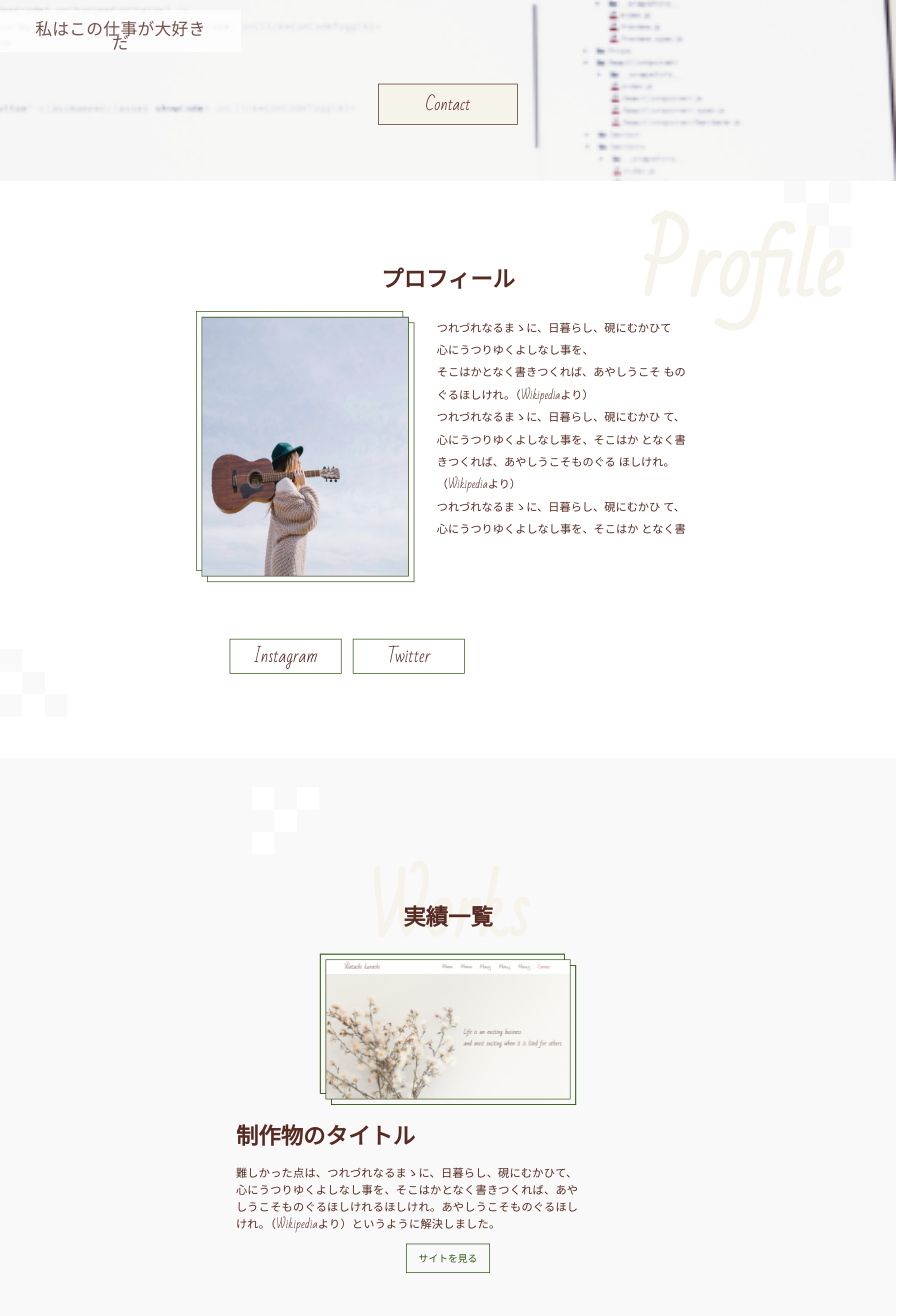
Repository: ppmp556/igarashi.kakuu
Page: index.html
An editor plug-in stored every save of this project. The page is shown before and after the next save, followed by the edit.
The browser window is 1280 px wide. The page is 1286 px wide, so the pictures cover 1286 px, including what lies to the right of the window. The pictures show the part of the page from y = 542 to 2422 px (the page is 5510 px tall before and 5444 px after), at 70% of full size.
Some web libraries are served in a nearby version. The style sheet was rebuilt from its Sass, Less or Tailwind sources for each picture, by a compiler version that may differ from the author's.

Above is the page before, as saved 2020-11-05 10:42:07.

### index.html
<!DOCTYPE html>
<html lang="ja">
    <head>
        <meta charset="UTF-8">
        <meta name="viewport" content="width=device-width, initial-scale=1.0, maximum-scale=1.0, minimum-scale=1.0">
        <link rel="stylesheet" href="faundation.css" type="text/css">
        <link rel="stylesheet" href="css/style.css" type="text/css">
        <link href="https://use.fontawesome.com/releases/v5.6.1/css/all.css" rel="stylesheet">
        <link href="https://fonts.googleapis.com/css?family=Bad+Script" rel="stylesheet">
        <link href="https://fonts.googleapis.com/css?family=Sawarabi+Gothic" rel="stylesheet">
        <link rel="img" href="image">
        <title>架空LP</title>

    </head>
    <body>

    <div class="container">
        <header class="header">
            <h1 class="header_ttl">
                <a href="index.html" class="header_link">My Portfolio</a><!-- /.header_link -->
            </h1><!-- /.header_ttl -->
            <nav class="nav">
                <div class="nav_wrapper" id="nav_lists">
                    <!-- ハンバーガーメニュー部分 -->
                    <div class="toggle_btn" id="nav_toggler">
                        <span class="toggle_line __tg1"></span>
                        <span class="toggle_line __tg2"></span>
                        <span class="toggle_line __tg3"></span>
                    </div>
                    <!-- ハンバーガーメニューここまで -->
                </div>
                <ul class="nav_list flex">
                    <li class="nav_item">
                        <a href="#" class="nav_link">Profile<span class="nav_sp">プロフィール</a><!-- /.nav_link -->
                    </li><!-- /.nav_item -->
                    <li class="nav_item">
                        <a href="#" class="nav_link">Works<span class="nav_sp">実績一覧</a><!-- /.nav_link -->
                    </li><!-- /.nav_item -->
                    <li class="nav_item">
                        <a href="#" class="nav_link">Skill<span class="nav_sp">スキル</a><!-- /.nav_link -->
                    </li><!-- /.nav_item -->
                    <li class="nav_item">
                        <a href="#" class="nav_link">Contact<span class="nav_sp">お問い合わせ</a><!-- /.nav_link -->
                    </li><!-- /.nav_item -->
                </ul><!-- /.nav_list -->
            </nav><!-- /.nav -->
        </header><!-- /.header -->

        <div class="kv">
            <div class="kv_txtbox">
                <p class="kv_txt">I love this job from the bottom of my heart.</p><!-- /.kv_txt -->
                <p class="kv_txt __subtxt">私はこの仕事が大好きだ</p><!-- /.kv_txt -->
            </div><!-- /.kv_txtbox -->
            <div class="contact_box">
                <a href="#" class="contact_link">Contact</a><!-- /.contact_link -->
            </div><!-- /.contact_box -->
        </div><!-- /.kv -->
        <main>
            <div class="inner">

                <section class="prof" id="prof">
                    <div class="section_ttlbox">
                        <h2 class="prof_ttl">プロフィール</h2><!-- /.prof_ttl -->
                        <!-- <span class="prof_sub">Profile</span> -->
                    </div><!-- /.section_ttlbox -->
                    <div class="prof_inner">
                            <div class="prof_imgbox">
                                <img src="images/profile/profile.png" alt="#" class="prof_img">
                            </div><!-- /.prof_imgbox -->
                            <p class="prof_txt">
                                つれづれなるまゝに、日暮らし、硯にむかひて<br>
                                心にうつりゆくよしなし事を、<br>
                                そこはかとなく書きつくれば、あやしうこそ
                                ものぐるほしけれ。（Wikipediaより）<br>
                                つれづれなるまゝに、日暮らし、硯にむかひ
                                て、心にうつりゆくよしなし事を、そこはか
                                となく書きつくれば、あやしうこそものぐる
                                ほしけれ。（Wikipediaより）<br>
                                つれづれなるまゝに、日暮らし、硯にむかひ
                                て、心にうつりゆくよしなし事を、そこはか
                                となく書
                            </p><!-- /.prof_txt -->
                        </div><!-- /.prof_inner -->
                            <div class="section_btnbox">
                                <div class="flex">
                                    <div class="site_btn">
                                        <a href="#" class="site_link">Instagram</a>
                                    </div><!-- /.site_btn -->
                                    <div class="site_btn">
                                        <a href="#" class="site_link">Twitter</a>
                                    </div><!-- /.site_btn -->
                                </div><!-- /.flex -->
                            </div><!-- /.section_btnbox -->
                </section><!-- /#prof.prof -->

                <section class="work" id="work">
                    <div class="work_inner">

                        <div class="section_ttlbox">
                            <h2 class="work_ttl">実績一覧</h2><!-- /.work_ttl -->
                            <!-- <span class="work_sub">Works</span> -->
                        </div><!-- /.section_ttlbox -->
                        <div class="work_imgbox">
                            <ul class="work_list">
                                <li class="work_item">
                                    <div class="work_imgbox">
                                        <img src="images/work1/work1.png" alt="" class="work_img">
                                    </div><!-- /.work_imgbox -->
                                    <div class="work_txtbox">
                                        <h3 class="work_minttl ">制作物のタイトル</h3><!-- /.work_minttl -->
                                        <p class="work_txt">
                                            難しかった点は、つれづれなるまゝに、日暮らし、硯にむかひて、心にうつりゆくよしなし事を、そこはかとなく書きつくれば、あやしうこそものぐるほしけれるほしけれ。あやしうこそものぐるほしけれ。（Wikipediaより）というように解決しました。
                                        </p><!-- /.work_txt -->
                                    </div><!-- /.work_txtbox -->
                                    <div class="site_btn">
                                        <a href="#" class="site_link">サイトを見る</a>
                                    </div><!-- /.site_btn -->
                                </li><!-- /.work_item -->
                                <li class="work_item">
                                    <div class="work_imgbox">
                                        <img src="images/work2/work2.png" alt="" class="work_img">
                                    </div><!-- /.work_imgbox -->
                                    <div class="work_txtbox">
                                        <h3 class="work_minttl">制作物のタイトル制作物のタイトルタイトル</h3><!-- /.work_minttl -->
                                        <p class="work_txt">
                                            難しかった点は、つれづれなるまゝに、日暮らし、硯にむかひて、心にうつりゆくよしなし事を、そこはかとなく書きつくれば、あやしうこそものぐるほしけれるほしけれ。あやしうこそものぐるほしけれ。（Wikipediaより）というように解決しました。
                                        </p><!-- /.work_txt -->
                                    </div><!-- /.work_txtbox -->
                                    <div class="site_btn">
                                        <a href="#" class="site_link">サイトを見る</a>
                                    </div><!-- /.site_btn -->
                                </li><!-- /.work_item -->
                                <li class="work_item">
                                    <div class="work_imgbox">
                                        <img src="images/work3/work3.png" alt="" class="work_img">
                                    </div><!-- /.work_imgbox -->
                                    <div class="work_txtbox">
                                        <h3 class="work_minttl">制作物のタイトル</h3><!-- /.work_minttl -->
                                        <p class="work_txt">
                                            難しかった点は、つれづれなるまゝに、日暮らし、硯にむかひて、心にうつりゆくよしなし事を、そこはかとなく書きつくれば、あやしうこそものぐるほしけれるほしけれ。あやしうこそものぐるほしけれ。（Wikipediaより）というように解決しました。
                                        </p><!-- /.work_txt -->
                                    </div><!-- /.work_txtbox -->
                                    <div class="site_btn">
                                        <a href="#" class="site_link">サイトを見る</a>
                                    </div><!-- /.site_btn -->
                                </li><!-- /.work_item -->
                            </ul><!-- /.work_list -->
                        </div><!-- /.work_imgbox -->
                    </div><!-- /.work_inner -->
                </section><!-- /#work.work -->

                <section class="skill" id="skill">
                    <div class="section_ttlbox">
                        <h2 class="skill_ttl">スキル</h2><!-- /.skill_ttl -->
                        <!-- <span class="skill_sub">Skill</span> -->
                    </div><!-- /.section_ttlbox -->
                    <div class="skill_inner">
                        <div class="skill_txtbox">
                            <p class="skill_txt">
                                つれづれなるまゝに、日暮らし、硯にむかひて、<br>
                                心にうつりゆくよしなし事を、そこはかとなく書きつくれば、あや<br>
                                しうこそものぐるほしけれ。（Wikipediaより）<br>
                                つれづれなるまゝに、日暮らし、硯にむかひて、心にうつりゆくよ<br>
                                しなし事を、そこはかとなく書きつくれば、あやしうこそものぐる<br>
                                ほしけれ。（Wikipediaより）
                            </p><!-- /.skill_txt -->
                        </div><!-- /.skill_txtbox -->
                        <div class="skill_listbox flex">
                            <div class="skill_imgbox">
                                <img src="images/1544078499/1544078499.png" alt="" class="skill_img">
                            </div><!-- /.skill_imgbox -->
                            <ul class="skill_list">
                                <li class="skill_item">□ HTML/CSS</li><!-- /.skill_item -->
                                <li class="skill_item">□ Sass</li><!-- /.skill_item -->
                                <li class="skill_item">□ JavaScript</li><!-- /.skill_item -->
                                <li class="skill_item">□ Jquery</li><!-- /.skill_item -->
                                <li class="skill_item">□ PHP</li><!-- /.skill_item -->
                                <li class="skill_item">□ Photoshop</li><!-- /.skill_item -->
                                <li class="skill_item">□ illustrator</li><!-- /.skill_item -->
                                <li class="skill_item">□ adobe Xd</li><!-- /.skill_item -->
                            </ul><!-- /.skill_list -->
                        </div><!-- /.skill_listbox -->
                    </div><!-- /.skill_inner -->
                </section><!-- /#skill.skii -->

                <section class="contact" id="contact">
                    <div class="section_ttlbox">
                        <h2 class="contact_ttl">お問い合わせ</h2><!-- /.contact_ttl -->
                        <!-- <span class="contact_sub">Contact</span> -->
                    </div><!-- /.section_ttlbox -->
                    <form action="#" class="contact_form">
                        <div class="contact_inner">
                            <div class="form ord1">
                                <div class="form2">

                                    <label for="email" class="form_ttl">E-mail</label>
                                    <input type="email" class="form_box" name="your-E-mail" placeholder="your E-maill">
                                </div>
                            </div>
                            <div class="form ord2">
                                <div class="form2">
                                        <label for="name" class="form_ttl">Name</label>
                                        <input type="text" class="form_box" name="your name" placeholder="your name">

                                </div>
                            </div>
                            <div class="form ord3">
                                <div class="form2">
                                    <label for="subject" class="form_ttl">Subject</label>
                                    <input type="subject" class="form_box" name="message-title" placeholder="message-title">
                                </div>
                            </div>
                            <div class="form ord4">
                                <div class="form2">
                                    <label for="message" class="form_ttl">Message</label>
                                    <textare name="contents" class="form_area" name="contents" placeholder="contents" rows="4" cols="40"></textare>
                                </div>
                            </div>
                        </div><!-- /.contact_inner -->
                    </form>
                    <div class="contact_btnbox">
                        <input type="submit" value="Post it" class="contact_btn">
                    </div>
                </section><!-- /#contact.contact -->
            </div><!-- /.inner -->

        </main>


        <footer class="footer">
            <div class="footer_inner">
                <div class="footer_sharbox">
                    <ul class="footer_sharelist">
                        <li class="footer_item"><i class="fab fa-twitter footer_icon"></i></li><!-- /.footer_item -->
                        <li class="footer_item"><i class="fab fa-instagram footer_icon"></i></li><!-- /.footer_item -->
                        <li class="footer_item"><i class="fab fa-facebook footer_icon"></i></li><!-- /.footer_item -->
                    </ul><!-- /.footer_sharalist -->
                </div><!-- /.footer_sharbox -->
            </div><!-- /.footer_inner -->
            <small class="footer_txt">&copy; Ruri igarashi</small>
        </footer><!-- /.footer -->
    </div><!-- /.container -->

        <script src="https://code.jquery.com/jquery-3.4.1.js"></script>
        <script src="menu.js"></script>

    </body>
</html>

### faundation.css

html,
body,
div,
span,
object,
iframe,
h1,
h2,
h3,
h4,
h5,
h6,
p,
blockquote,
pre,
abbr,
address,
cite,
code,
del,
dfn,
em,
img,
ins,
kbd,
q,
samp,
small,
strong,
sub,
sup,
var,
b,
i,
dl,
dt,
dd,
ol,
ul,
li,
fieldset,
form,
label,
legend,
table,
caption,
tbody,
tfoot,
thead,
tr,
th,
td,
article,
aside,
canvas,
details,
figcaption,
figure,
footer,
header,
hgroup,
menu,
nav,
section,
summary,
time,
mark,
audio,
video {
  margin: 0;
  padding: 0;
  border: 0;
  outline: 0;
  font-size: 100%;
  vertical-align: baseline;
  background: transparent;
}

body {
  line-height: 1.5;
}

article,
aside,
details,
figcaption,
figure,
footer,
header,
hgroup,
menu,
nav,
section {
  display: block;
}

ul,
ol {
  list-style: none;
}

table {
  border-collapse: collapse;
  border-spacing: 0;
}

a {
  color: inherit;
  text-decoration: none;
}

img {
  width: 100%;
  max-width: 100%;
  height: auto;
  vertical-align: bottom;
}

Loaded but not shown: menu.js (40 lines, source omitted); scss/style.scss (1225 lines, source omitted)

After the next save:
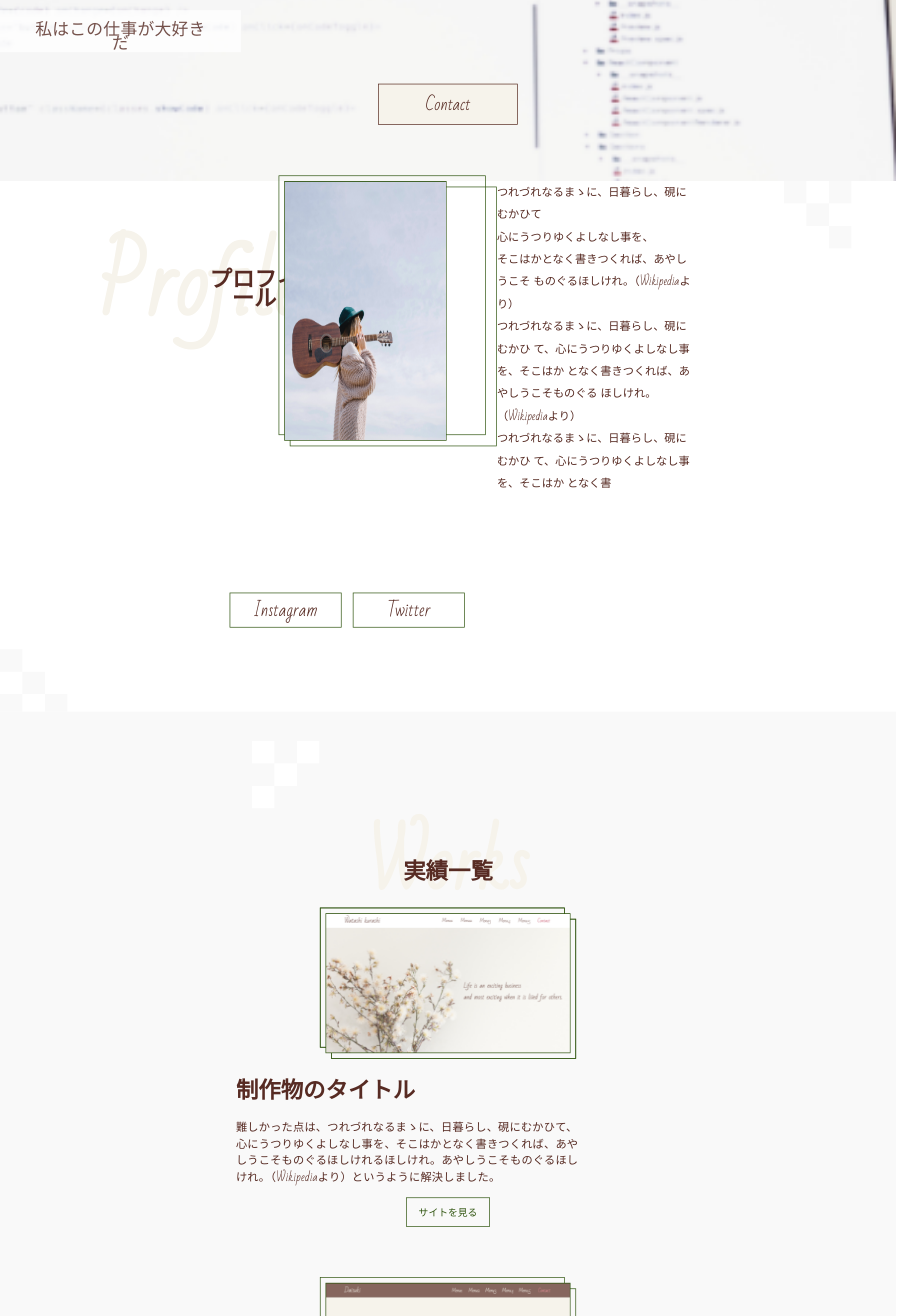
Saved 4 min 55 s later.
--- a/index.html
+++ b/index.html
@@ -59,11 +59,11 @@
             <div class="inner">
 
                 <section class="prof" id="prof">
-                    <div class="section_ttlbox">
-                        <h2 class="prof_ttl">プロフィール</h2><!-- /.prof_ttl -->
-                        <!-- <span class="prof_sub">Profile</span> -->
-                    </div><!-- /.section_ttlbox -->
                     <div class="prof_inner">
+                        <div class="section_ttlbox">
+                            <h2 class="prof_ttl">プロフィール</h2><!-- /.prof_ttl -->
+                            <!-- <span class="prof_sub">Profile</span> -->
+                        </div><!-- /.section_ttlbox -->
                             <div class="prof_imgbox">
                                 <img src="images/profile/profile.png" alt="#" class="prof_img">
                             </div><!-- /.prof_imgbox -->

After the save that followed:
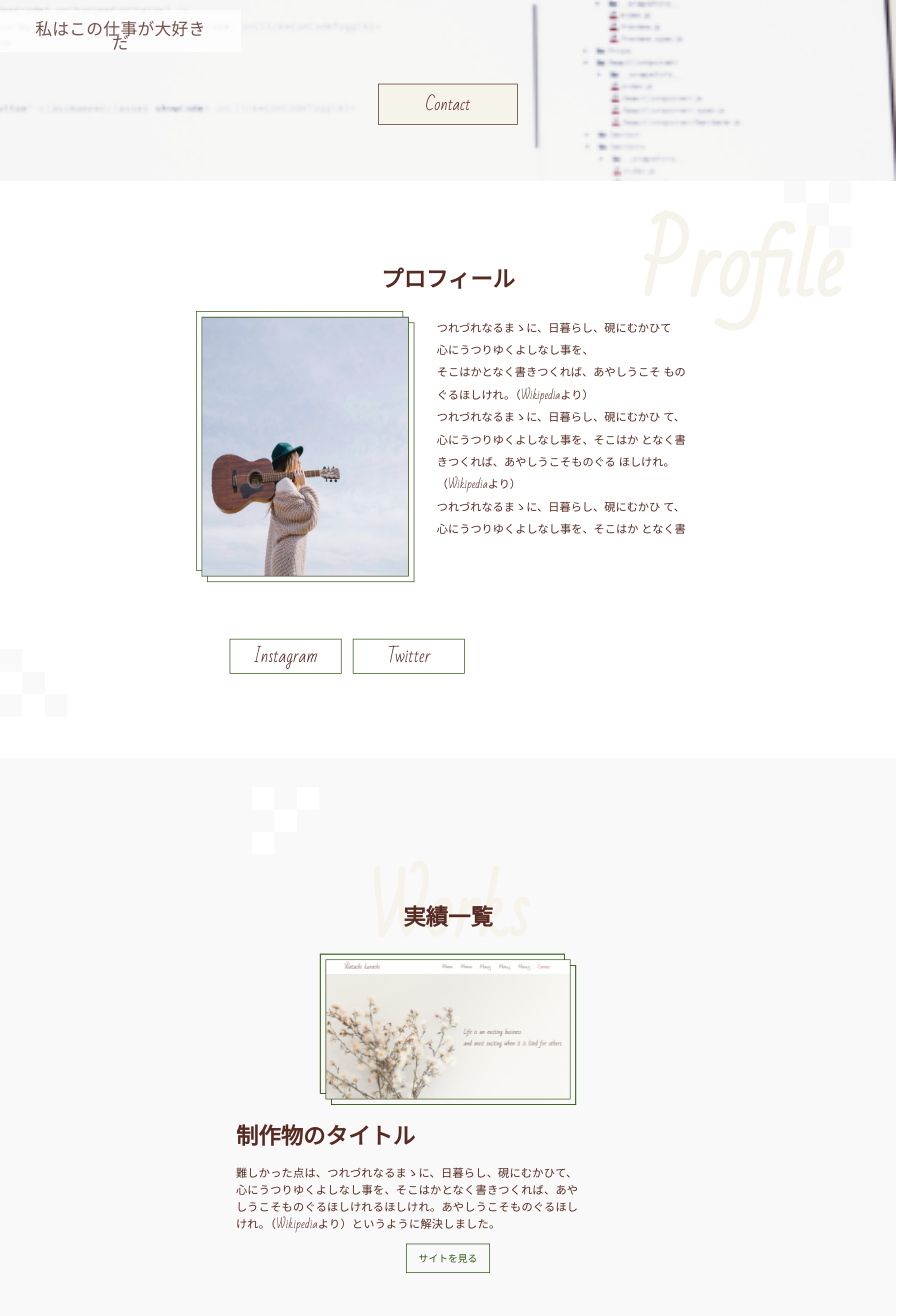
Saved 28 s later.
--- a/index.html
+++ b/index.html
@@ -59,11 +59,11 @@
             <div class="inner">
 
                 <section class="prof" id="prof">
+                    <div class="section_ttlbox">
+                        <h2 class="prof_ttl">プロフィール</h2><!-- /.prof_ttl -->
+                        <!-- <span class="prof_sub">Profile</span> -->
+                    </div><!-- /.section_ttlbox -->
                     <div class="prof_inner">
-                        <div class="section_ttlbox">
-                            <h2 class="prof_ttl">プロフィール</h2><!-- /.prof_ttl -->
-                            <!-- <span class="prof_sub">Profile</span> -->
-                        </div><!-- /.section_ttlbox -->
                             <div class="prof_imgbox">
                                 <img src="images/profile/profile.png" alt="#" class="prof_img">
                             </div><!-- /.prof_imgbox -->
